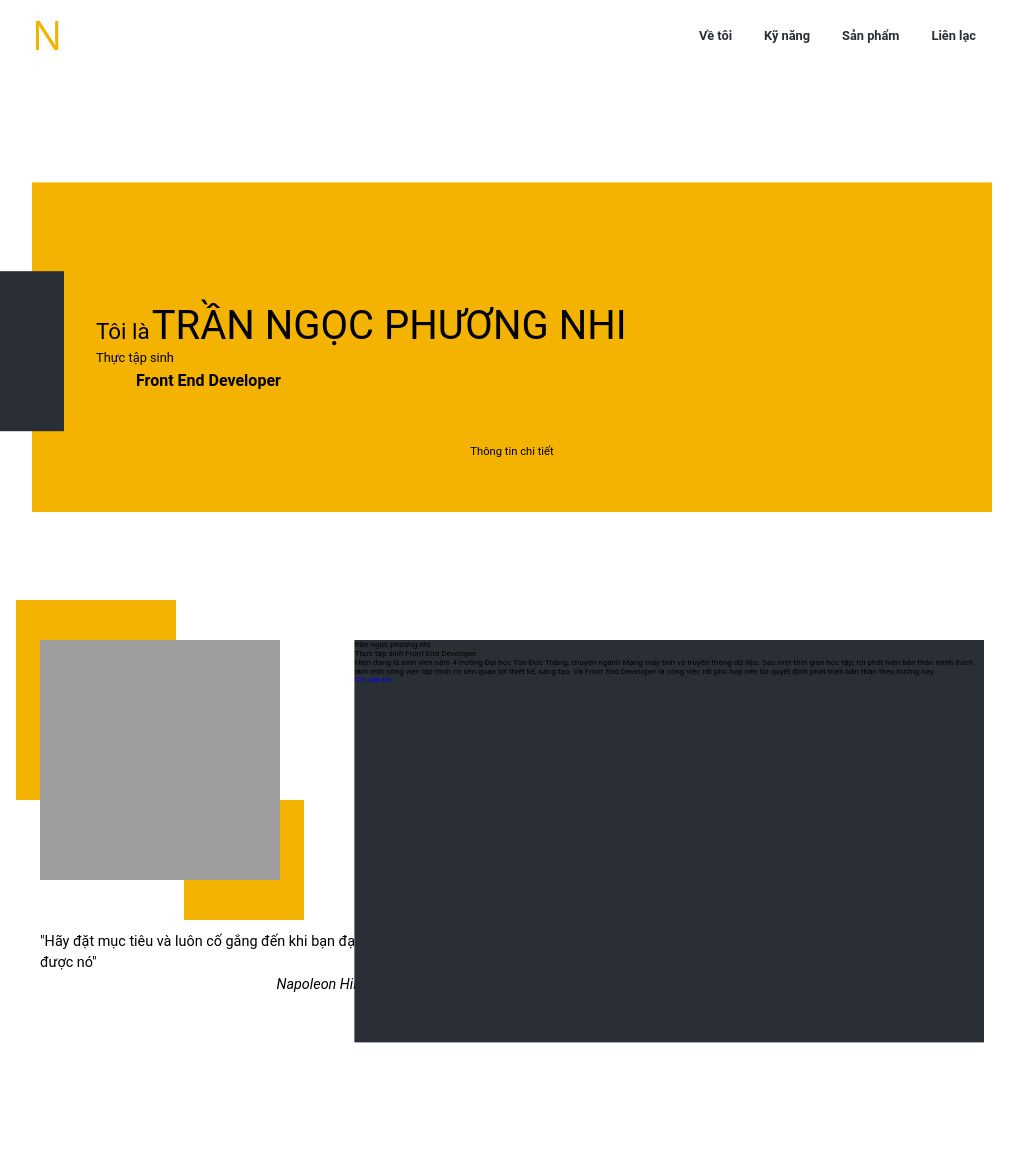
Repository: TranNgocPhuongNhi/my-portfolio
Page: index.html
The author's editor kept a copy of each file at every save. The page is drawn from the files as they stood at one save, then again after the next save.
The browser window is 1280 px wide. The pictures show the whole page, at 80% of full size.
Pictures or frames that could not be fetched are drawn as grey boxes. Some icons come from a web library that is not loaded, so they are not drawn. Some web libraries are served in a nearby version.

Above is the page before, as saved 2021-07-04 16:22:48.

After the next save:
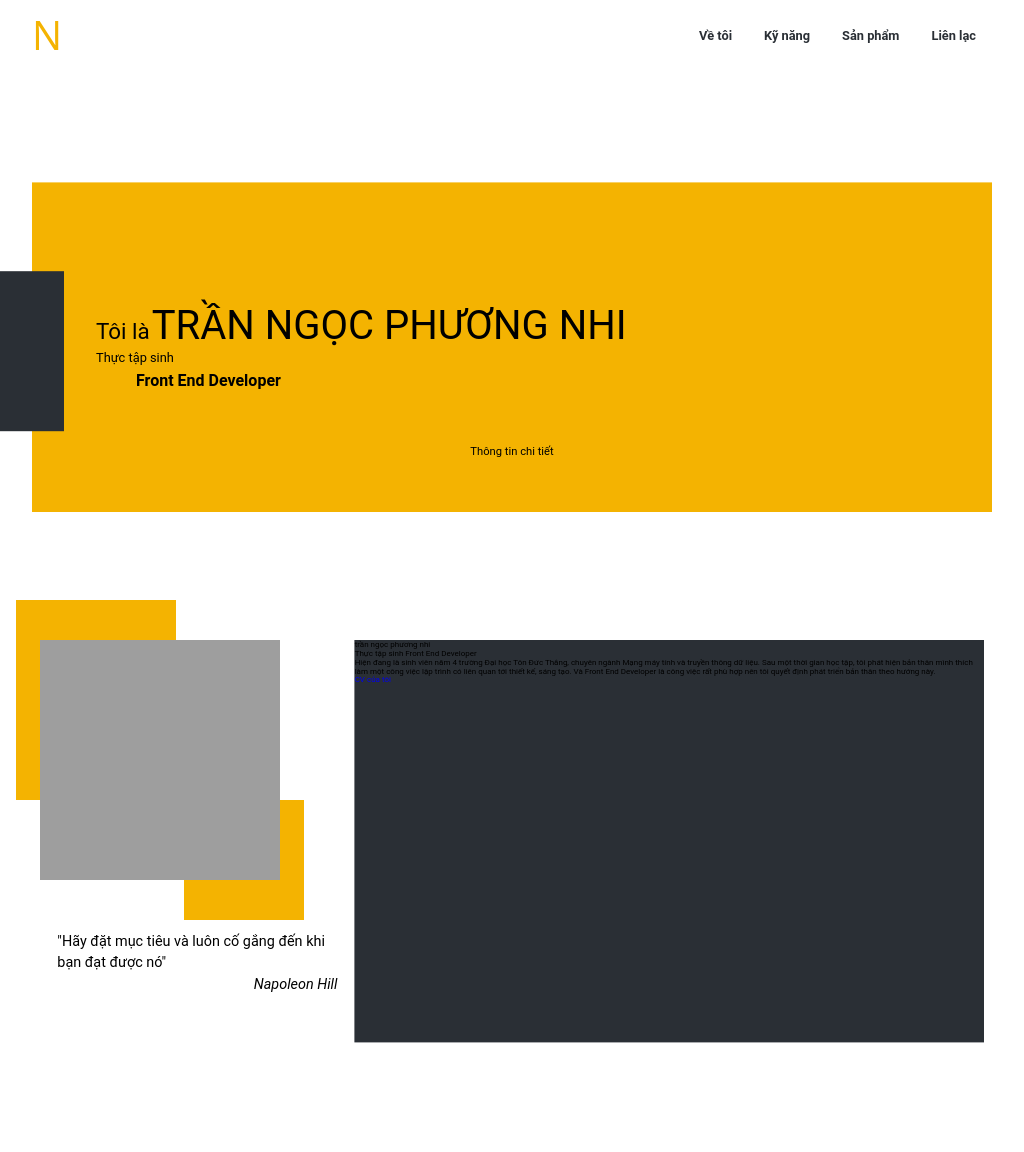
Saved 5 s later.
--- a/resources/css/main.css
+++ b/resources/css/main.css
@@ -200,7 +200,7 @@ a {
 .about__quote {
     font-size: 1.8rem;
     margin: 6rem auto;
-    width: 40rem;
+    width: 35rem;
     line-height: 1.5;
 }
 
